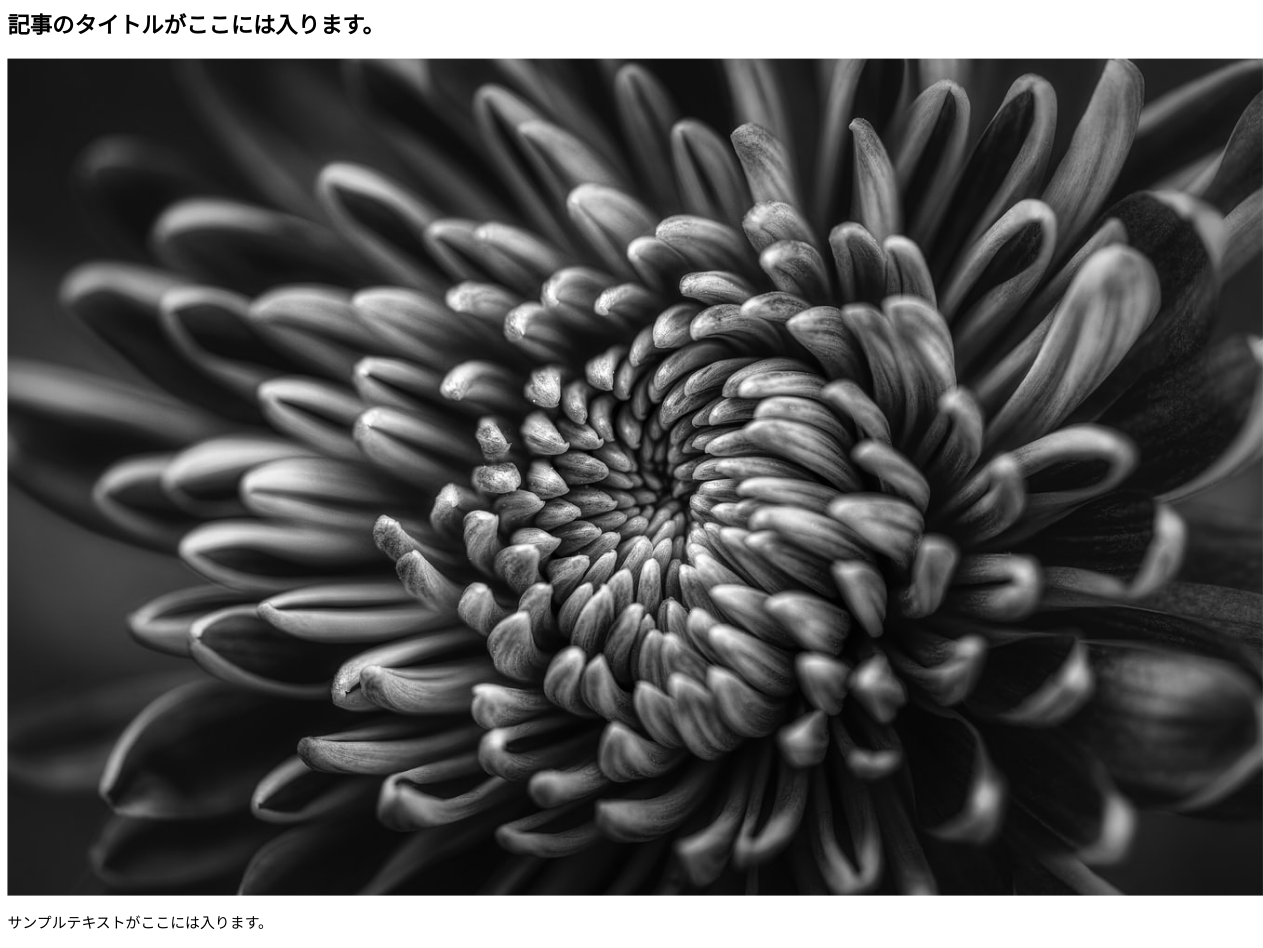
Repository: 9136424556/todo01
Page: coachtech/html-css/css1-19問.html
These files come from the project's save history. The page is drawn as it stood at one moment and after the next save; the edit follows.
The browser window is 1280 px wide. The page is 1358 px wide, then 1280 px, so the pictures cover 1358 px, including what lies to the right of the window. The pictures show the whole page, at 93% of full size.

Above is the page before, as saved 2023-12-02 13:26:55.

After the next save:
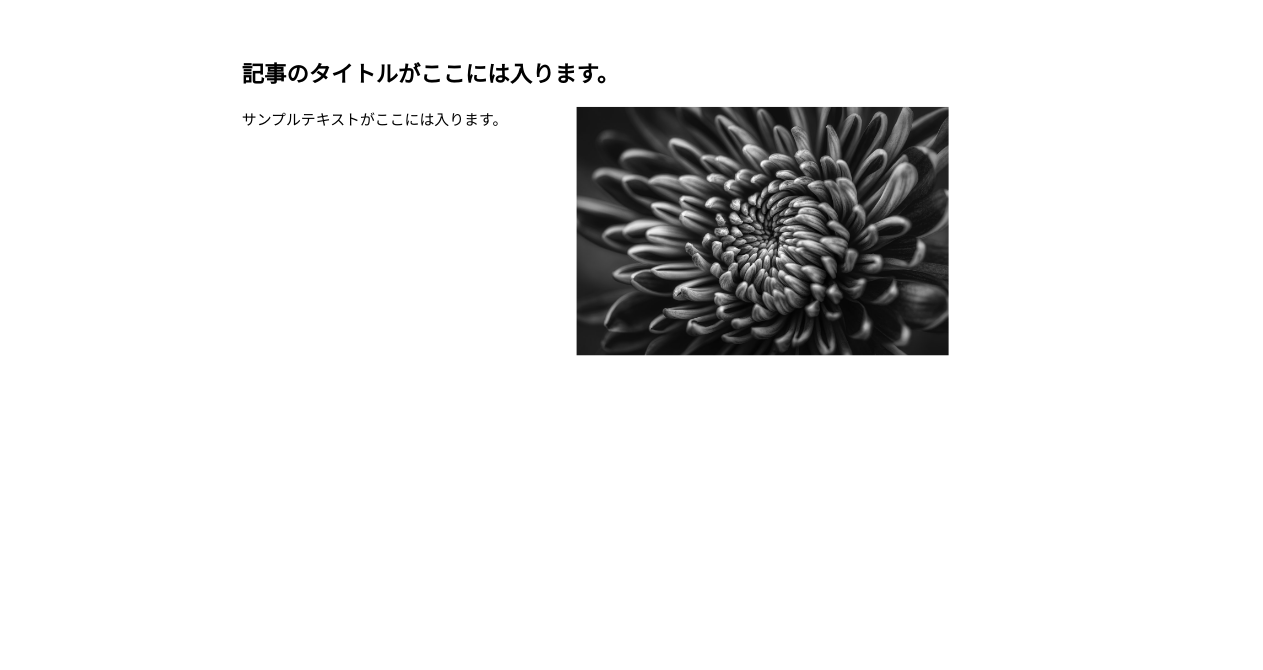
Saved 4 min 42 s later.
--- a/coachtech/html-css/css/css1-19問.css
+++ b/coachtech/html-css/css/css1-19問.css
@@ -1,18 +1,18 @@
-.item1{
-    background: #f00;
-    width: 150px;
-    height: 150px;
-    float: left;
+.float{
+    max-width: 760px;
+    width: 100%;
+    margin: 60px auto;
 }
-.item2{
-   background: #0f0;
-   width: 150px;
-   height: 150px;
-   float: left;
+.float-tti{
+    margin-bottom: 20px;
+    font-size: 24px;
+    font-weight: bold;
 }
-.item3{
-    background: #00f;
-    width: 150px;
-    height: 150px;
-    clear: left;
+.float-img{
+    width: 400px;
+    float: right;
+    margin: 0 0 20px;
 }
+img{
+    width: 100%;
+}
